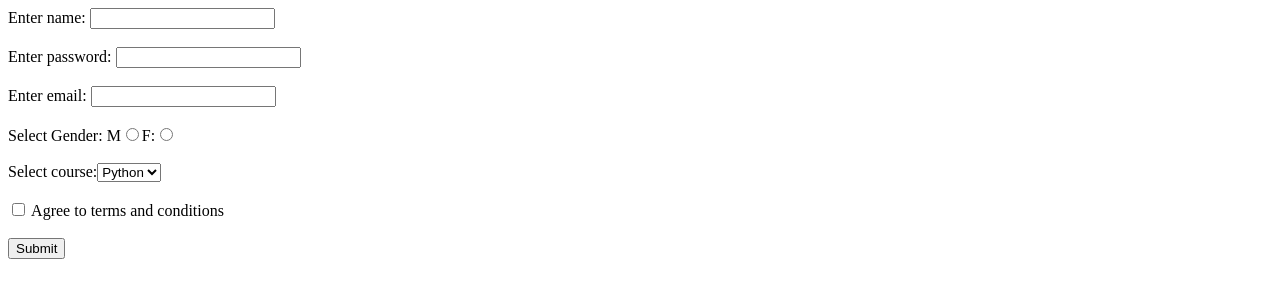
Repository: sagnik938/JSP-JSTL-and-Hibernate
Page: FormAssgn/src/main/webapp/index.html
The author's editor kept a copy of each file at every save. The page is drawn from the files as they stood at one save, then again after the next save.
The browser window is 1280 px wide. The pictures show the whole page.

Above is the page before, as saved 2023-02-07 09:12:31.

After the next save:
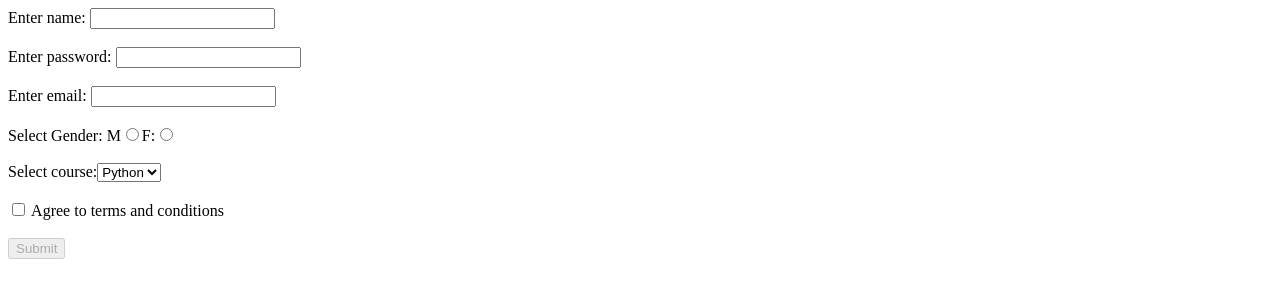
Saved 82 s later.
--- a/FormAssgn/src/main/webapp/index.html
+++ b/FormAssgn/src/main/webapp/index.html
@@ -32,6 +32,7 @@ Select course:<select name="cars">
 <input type="submit" id ="sub">
 </form>
 <script>
+    sub.disabled = true
 	var checker = document.getElementById('checkme');
 	var sendbtn = document.getElementById('sub');
 	checker.onchange = function() {
